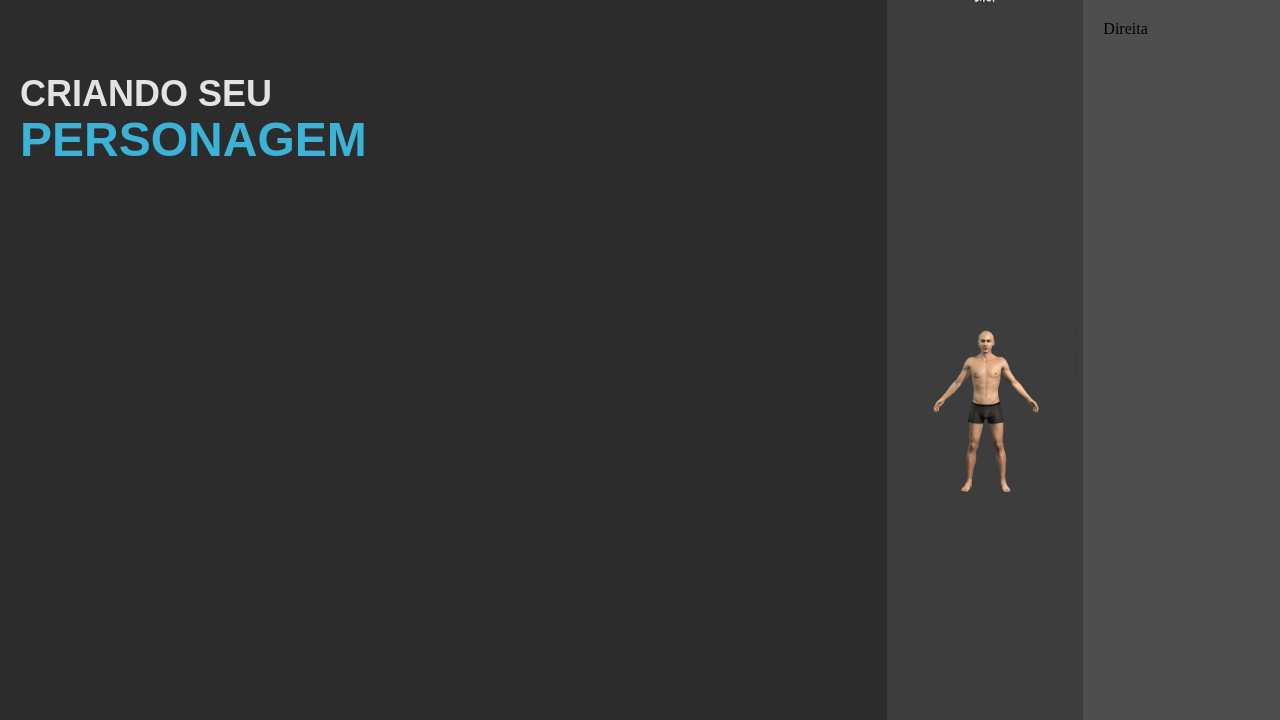
Repository: DuMCorrea/CriandoPerso
Page: index.html
The author's editor kept a copy of each file at every save. The page is drawn from the files as they stood at one save, then again after the next save.
The browser window is 1280 px wide. The pictures show the whole page.

Above is the page before, as saved 2024-08-27 20:54:17.

After the next save:
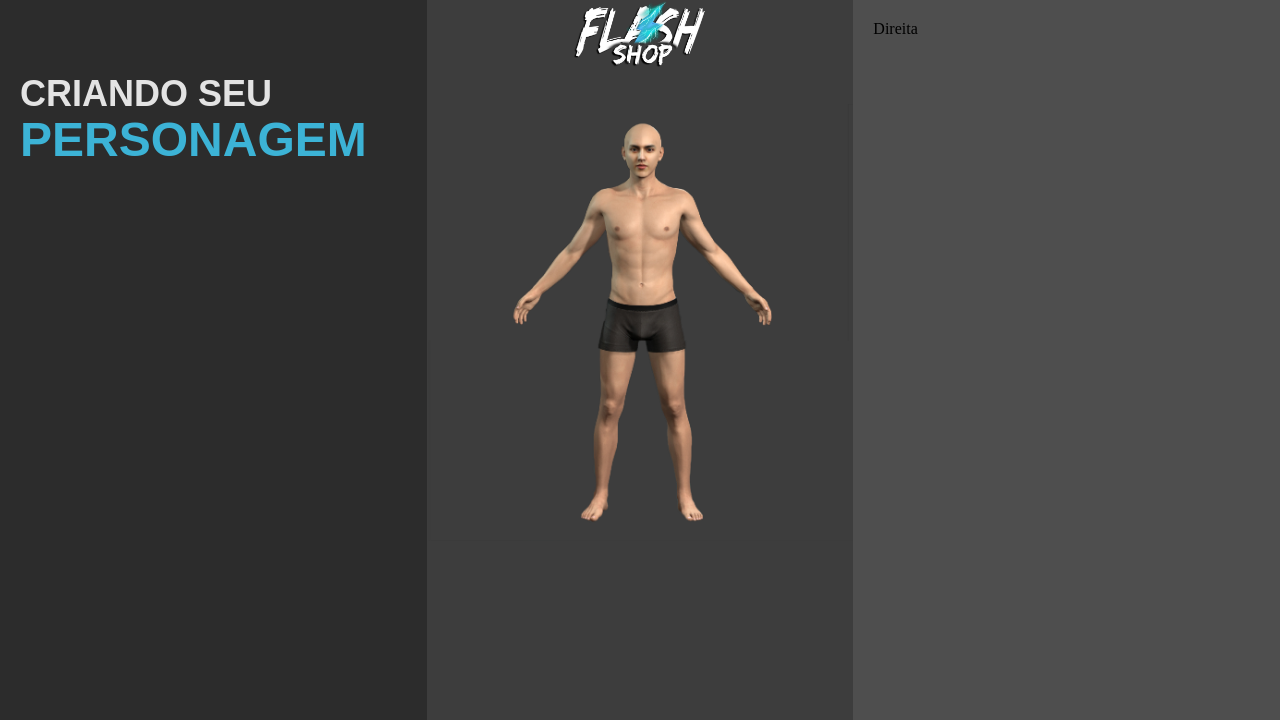
Saved 6 s later.
--- a/styles.css
+++ b/styles.css
@@ -36,7 +36,7 @@
 }
 
 .title {
-    margin: 50px 500px 0 0; /* Adiciona margem superior para mover o título para baixo */
+    margin: 50px 0 0 0; /* Adiciona margem superior para mover o título para baixo */
     padding: 0;
 }
 
